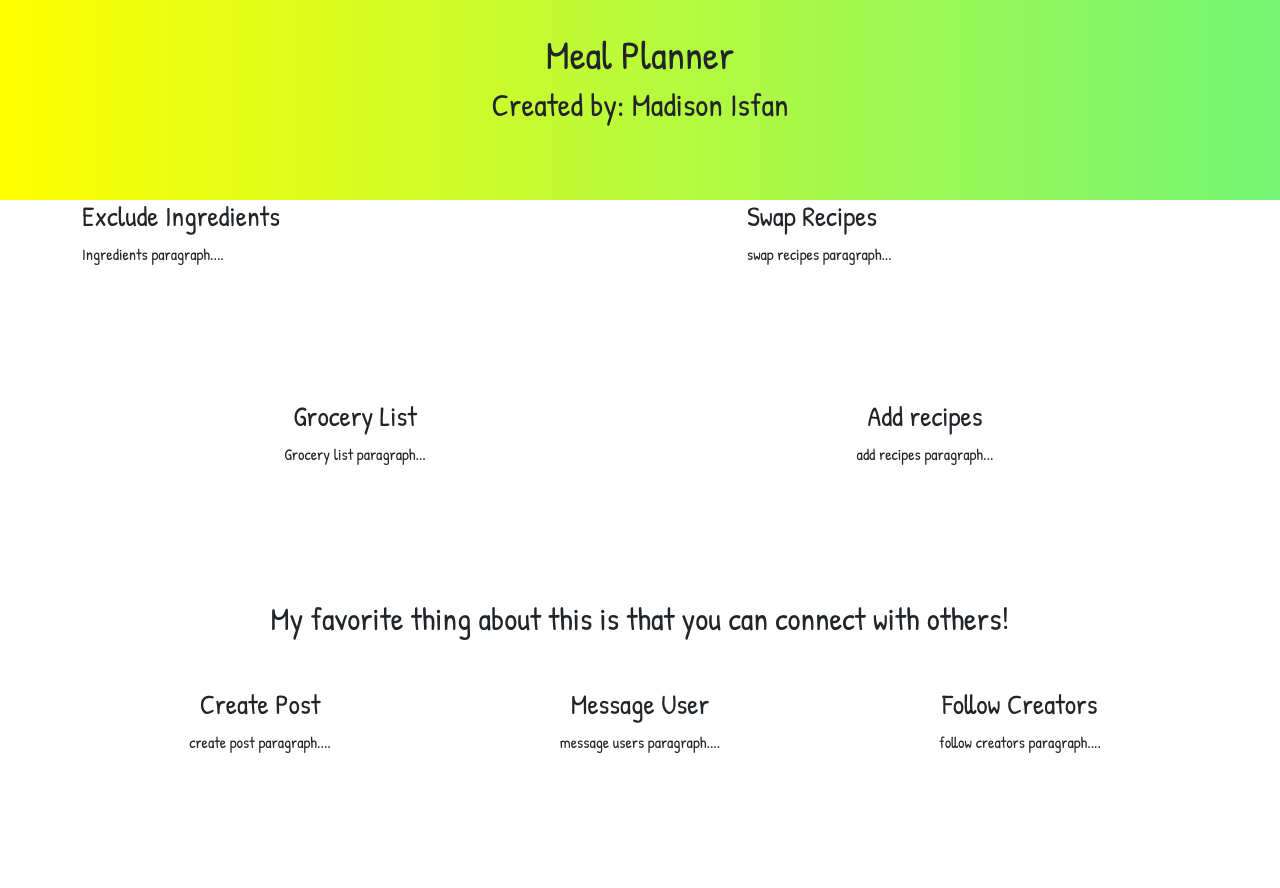
Repository: madisonisfan/Meal-Planner
Page: index.html
The author's editor kept a copy of each file at every save. The page is drawn from the files as they stood at one save, then again after the next save.
The browser window is 1280 px wide. The pictures show the whole page.
Some web libraries are served in a nearby version.

Above is the page before, as saved 2021-02-17 17:18:10.

### index.html
<!DOCTYPE html>
<head>

    <meta charset="utf-8"/>
    <meta name="viewport" content="width=device-width, initial-scale=1"/>

    <link rel="stylesheet" href="node_modules/bootstrap/dist/css/bootstrap.min.css" />

    <link rel="stylesheet" href="https://fonts.googleapis.com/css?family=Indie+Flower|Patrick+Hand" />
    <link rel="stylesheet" href="css/styles.css"/>
    <title> Meal Planner </title>
</head>

<body>

    <header class="jumbotron">
        <div class="container">
            <div class="row row-content  justify-content-center">
                <div class="col text-center saling-self">
                    <h1>Meal Planner</h1>
                    <h2>Created by: Madison Isfan</h2>
                </div>
            </div>
        </div>

    </header>

    <div class="container ">
        <div class="row row-content justify-content-between">
            <div class="col-5">
                <h3>Exclude Ingredients</h3>
                <p>Ingredients paragraph....</p>
            </div>
            <div class="col-5">
                <h3>Swap Recipes</h3>
                <p>swap recipes paragraph...</p>
            </div>
        </div>

        <div class="row row-content ">
            <div class="col text-center">
                <h3>Grocery List</h3>
                <p>Grocery list paragraph...</p>
            </div>
            <div class="col text-center">
                <h3>Add recipes</h3>
                <p>add recipes paragraph...</p>
            </div>
        </div>

    </div> <!--End of container-->

    <div class="container">
        <div class="row align-items-start">
            <div class="col ">
                <h2 class=" extra-header text-center">My favorite thing about this is that you can connect with others!</h2>
            </div>
        </div>
        <div class="row row-content align-items-start justify-content-center" >
            <div class="col text-center">
                <h3>Create Post</h3>
                <p>create post paragraph....</p>

            </div>
            <div class="col text-center">
                <h3>Message User</h3>
                <p>message users paragraph....</p>
            </div>
            <div class="col text-center">
                <h3>Follow Creators</h3>
                <p>follow creators paragraph....</p>
            </div>

        </div>

    </div>


    <script src="node_modules/jquery/dist/jquery.slim.min.js"></script>
    <script src="node_modules/popper.js/dist/umd/popper.min.js"></script>
    <script src="node_modules/bootstrap/dist/js/bootstrap.min.js"></script>
</body>


</html>

### css/styles.css
header {
  height: 200px;
}
body {
  font-family: "Patrick Hand";
}

.row-content {
  min-height: 200px;
}

.jumbotron {
  padding: 30px;
  background-image: linear-gradient(to right, yellow, rgb(116, 245, 116));
}

.extra-header {
  margin-bottom: 50px;
}

After the next save:
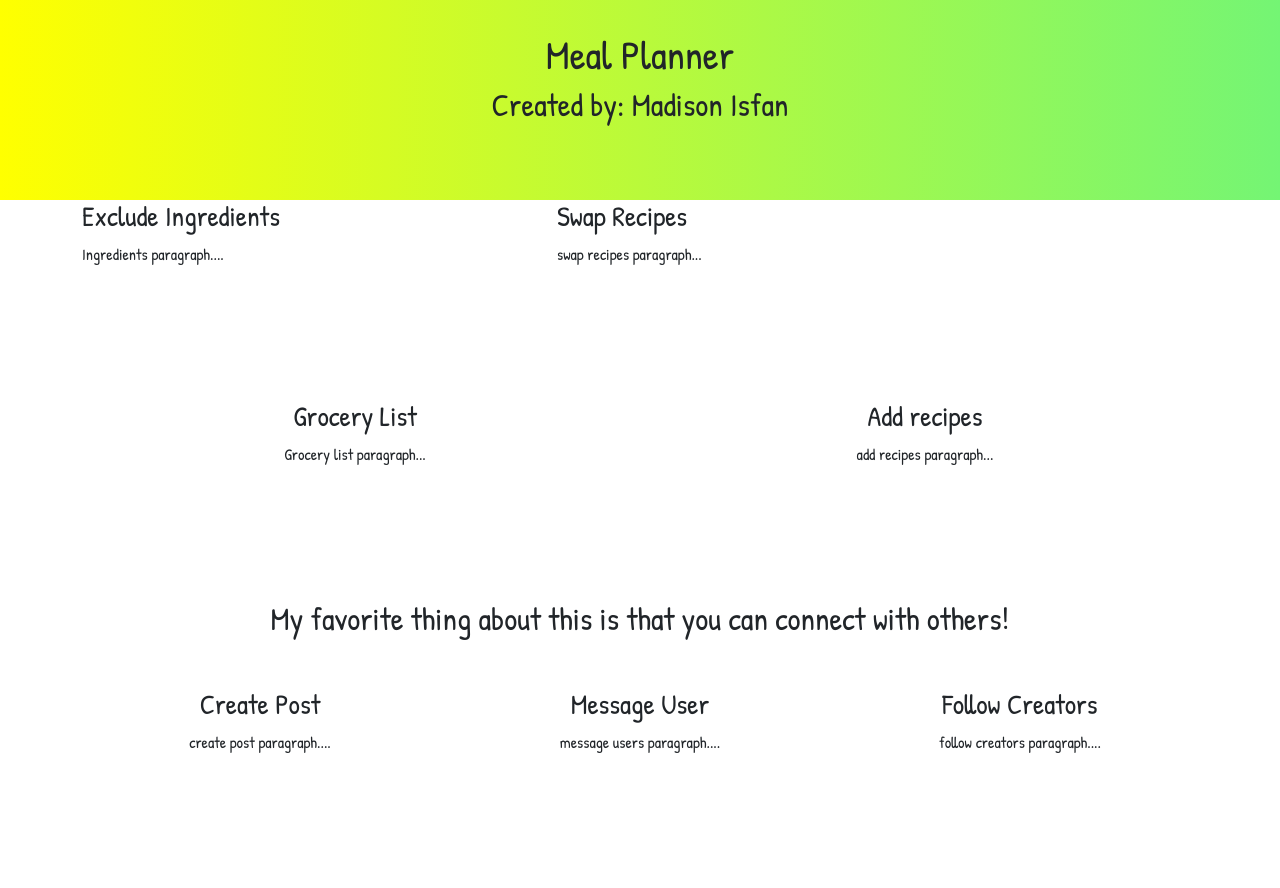
Saved 28 s later.
--- a/index.html
+++ b/index.html
@@ -26,7 +26,7 @@
     </header>
 
     <div class="container ">
-        <div class="row row-content justify-content-between">
+        <div class="row row-content">
             <div class="col-5">
                 <h3>Exclude Ingredients</h3>
                 <p>Ingredients paragraph....</p>
